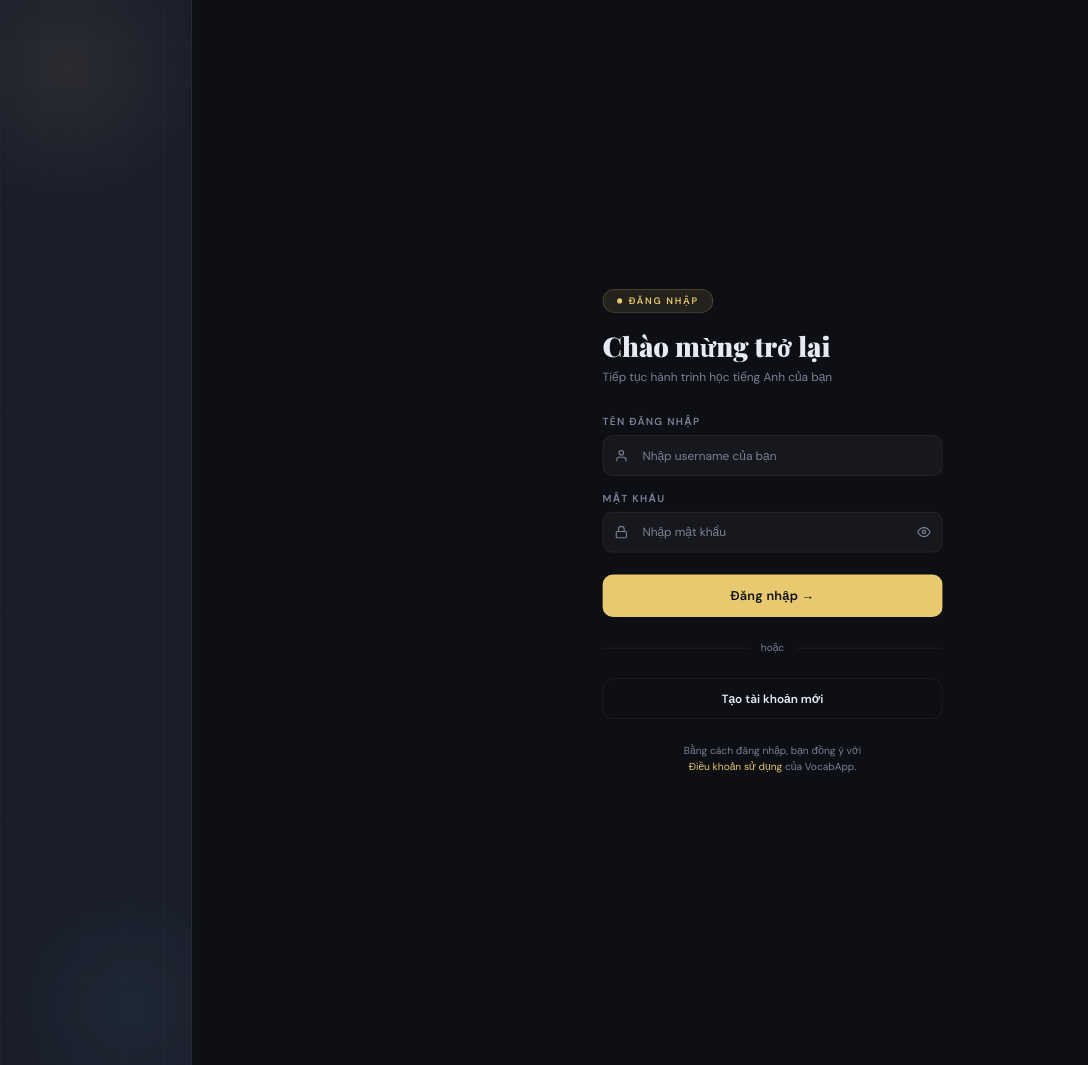
Repository: Vu-Tien-Duc/LearnEnglish-with-API
Page: /login
These files come from the project's save history. The page is drawn as it stood at one moment and after the next save; the edit follows.
The browser window is 1280 px wide. The pictures show the whole page, at 85% of full size.
Some web fonts or font styles are not loaded; a fallback is used. The project was rebuilt for these pictures with package versions that can differ from the ones it lists, and the page was loaded fresh each time. Also part of the build but not shown: src/pages/Register.jsx, src/components/AdminLayout.jsx, src/pages/admin/CategoryManager.jsx, src/pages/admin/Dashboard.jsx, src/pages/admin/VocabularyManager.jsx, src/pages/admin/QuizManager.jsx, src/pages/admin/UsersManager.jsx, src/pages/admin/ProgressManager.jsx and 10 more.

Above is the page before, as saved 2026-04-03 17:05:18.

After the next save:
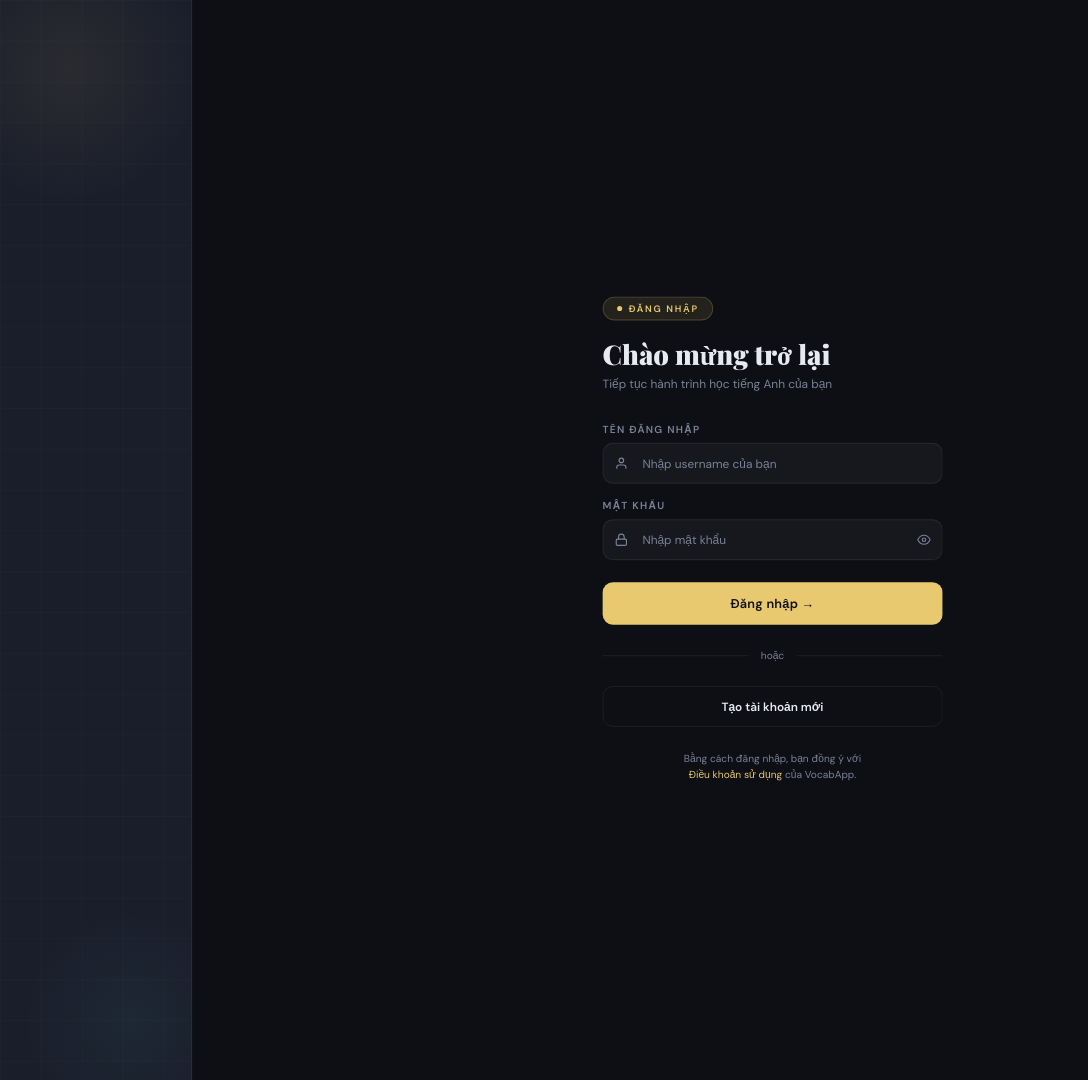
Saved 2 min 4 s later.
--- a/src/pages/Login.jsx
+++ b/src/pages/Login.jsx
@@ -176,8 +176,8 @@ function BrandPanel() {
             width:42, height:42, borderRadius:12,
             background:"linear-gradient(135deg,#e8c96f,#f5dfa0)",
             display:"flex", alignItems:"center", justifyContent:"center", fontSize:22,
-          }}>📚</div>
-          <span style={{ fontFamily:"Playfair Display", fontSize:22, fontWeight:900, color:"var(--text)" }}>VocabApp</span>
+          }}></div>
+          <span style={{ fontFamily:"Playfair Display", fontSize:22, fontWeight:900, color:"var(--text)" }}>T-Đ-T   LearningEnglish</span>
         </div>
         <div style={{ fontSize:11, color:"var(--muted)", letterSpacing:2.5, textTransform:"uppercase", paddingLeft:54 }}>
           English Mastery Platform
